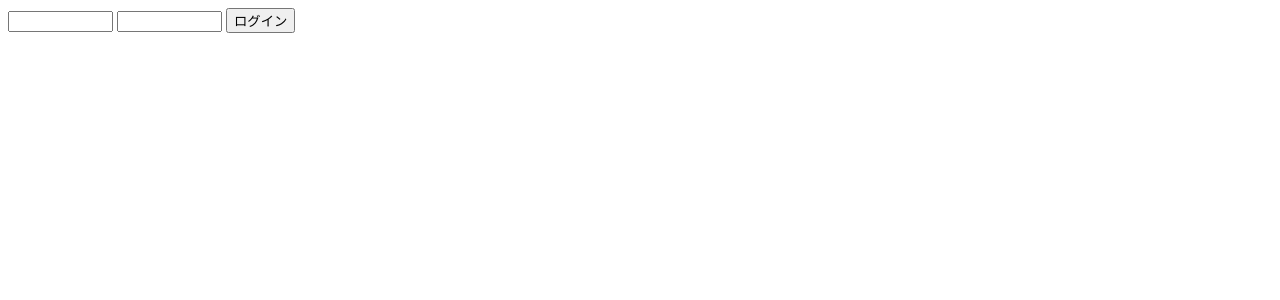
Repository: denchanlove/SampleProjects
Page: http://localhost/SampleWebApp/LogInForm.jsp
An editor plug-in stored every save of this project. The page is shown before and after the next save, followed by the edit.
The browser window is 1280 px wide. The pictures show the whole page.
The page is served by Tomcat 9.

Above is the page before, as saved 2017-02-28 01:47:15.

After the next save:
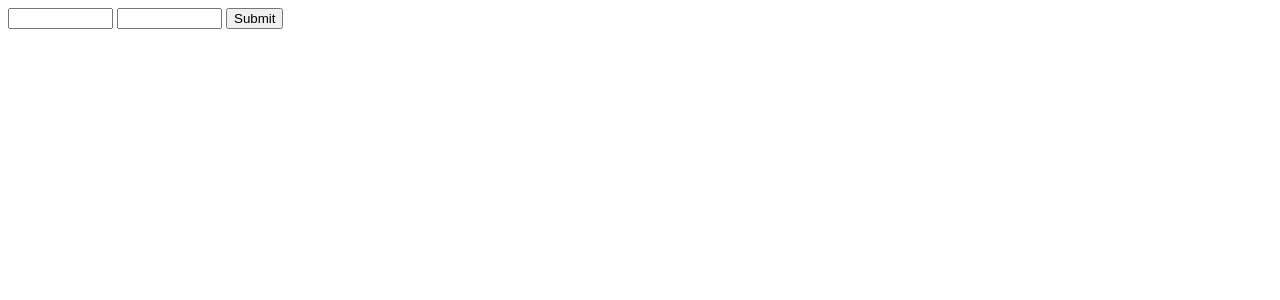
Saved 77 s later.
--- a/workspace/SampleWebApp/WebContent/LogInForm.jsp
+++ b/workspace/SampleWebApp/WebContent/LogInForm.jsp
@@ -29,7 +29,8 @@
 		<form action="ShowEmpList.jsp">
 	    	<input type="text" size="10" name="Name">
 		    <input type="text" size="10" name="ID">
-			<input type="button" size="10" name="LogIn" value="ログイン" onclick="check(this.form)"/>
+<!-- 			<input type="button" size="10" name="LogIn" value="ログイン" onclick="check(this.form)"/> -->
+			<input type="submit" size="10" name="LogIn"/>
 		</form>
 	</body>
 </html>

After the save that followed:
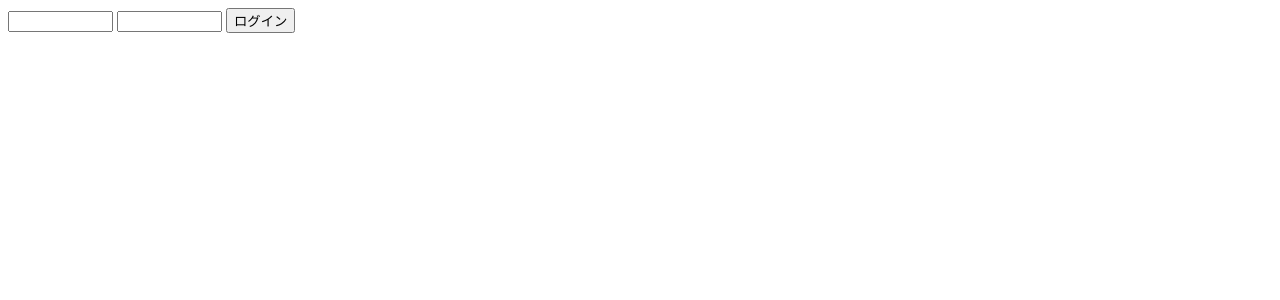
Console error: SyntaxError: Unexpected token 'var'
Saved 6 min 35 s later.
--- a/workspace/SampleWebApp/WebContent/LogInForm.jsp
+++ b/workspace/SampleWebApp/WebContent/LogInForm.jsp
@@ -7,7 +7,7 @@
 		<meta http-equiv="Content-Type" content="text/html; charset=UTF-8">
 		<title>LogIn</title>
 		<script type="text/javascript">
-			function check(form)
+			function check(var form)
 			{
 				if (document.getElementsById("id").value != "sample")
 				{
@@ -29,8 +29,7 @@
 		<form action="ShowEmpList.jsp">
 	    	<input type="text" size="10" name="Name">
 		    <input type="text" size="10" name="ID">
-<!-- 			<input type="button" size="10" name="LogIn" value="ログイン" onclick="check(this.form)"/> -->
-			<input type="submit" size="10" name="LogIn"/>
+			<input type="button" size="10" name="LogIn" value="ログイン" onclick="check(this.form)"/>
 		</form>
 	</body>
 </html>
